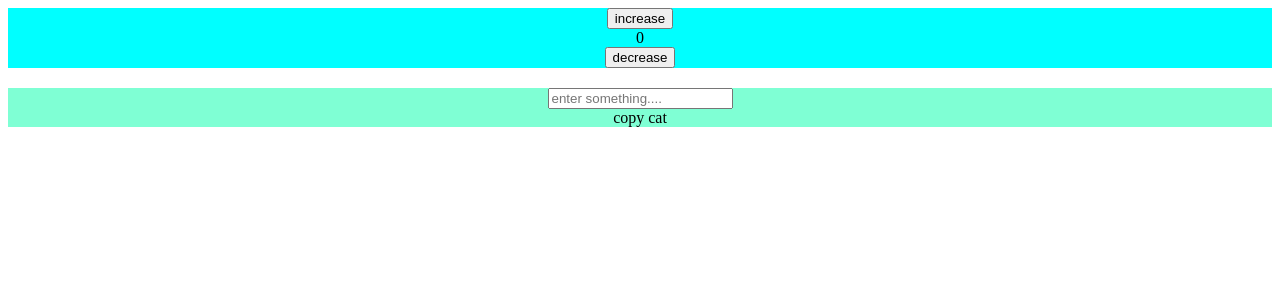
Repository: Samkiroko/react-hooks
Page: /
An editor plug-in stored every save of this project. The page is shown before and after a run of saves, followed by the edit.
The browser window is 1280 px wide. The pictures show the whole page.
The project was rebuilt for these pictures with package versions that can differ from the ones it lists, and the page was loaded fresh each time.

Above is the page before, as saved 2021-08-22 21:34:41.

### src/index.css
.counter {
    display: flex;
    flex-direction: column;
    background-color: aqua;
    align-items: center;
}

.input2 {
    margin-top: 20px;
    display: flex;
    flex-direction: column;
    align-items: center;
    background-color: aquamarine;
}

### src/App.js
import Usestate from './components/usestate/Usestate'
import Usestate2 from './components/usestate/Usestate2'

function App() {
  return (
    <div className='App'>
      <Usestate />
      <Usestate2 />
    </div>
  )
}

export default App

### src/components/usestate/Usestate.js
import React, { useState } from 'react'

const Usestate = () => {
  const [count, setCount] = useState(0)
  const increase = () => {
    setCount(count + 1)
  }
  const decrease = () => {
    setCount(count - 1)
  }
  return (
    <div>
      <div className='counter'>
        <button onClick={increase}>increase</button>
        {count}
        <button onClick={decrease}>decrease</button>
      </div>
    </div>
  )
}

export default Usestate

### src/components/usestate/Usestate2.js
import React, { useState } from 'react'

const Usestate2 = () => {
  const [inputValue, setInputValue] = useState('copy cat')
  const inputData = (event) => {
    setInputValue(event.target.value)
  }

  return (
    <div className='input2'>
      <input type='text' placeholder='enter something....' onChange={inputData} />
      {inputValue}
    </div>
  )
}

export default Usestate2

### src/components/usereducer/UserReducer.js
import React, { useReducer } from 'react'

const reducer = (state, dispatch) => {
  switch (action.type) {
    case 'INCREMENT':
      return state + 1
    case 'DECREMENT':
      return state - 1
    default:
      return state
  }
}

const UserReducer = () => {
  // State is the state we want to show in the UI
  const [state, dispatch] = useReducer(reducer, 0)
  return (
    <div className='input2'>
      <button onClick={() => dispatch({ type: 'DECREMENT' })}>-</button>
      conunt : {state}
      <button onClick={() => dispatch({ type: 'INCREMENT' })}>+</button>
    </div>
  )
}

export default UserReducer

Loaded but not shown: public/index.html (common file); src/index.js (common file)

After the next 2 saves:
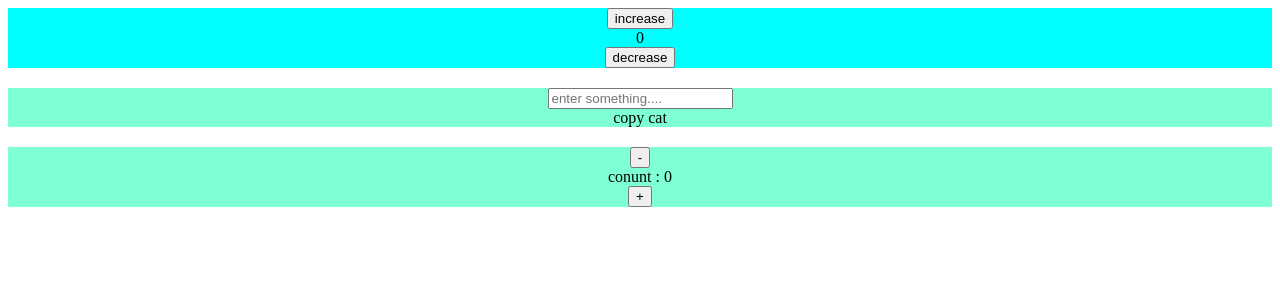
The 2 saves are shown as one change because they came seconds apart.
The last was saved 41 s later.
--- a/src/App.js
+++ b/src/App.js
@@ -1,3 +1,4 @@
+import UserReducer from './components/usereducer/UserReducer'
 import Usestate from './components/usestate/Usestate'
 import Usestate2 from './components/usestate/Usestate2'
 
@@ -6,6 +7,7 @@ function App() {
     <div className='App'>
       <Usestate />
       <Usestate2 />
+      <UserReducer />
     </div>
   )
 }
